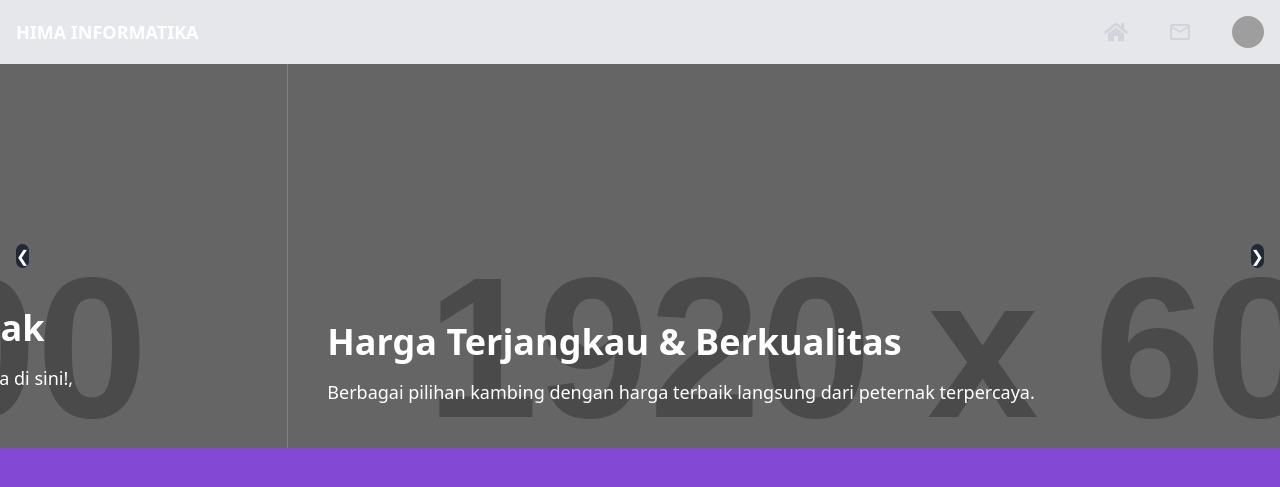
Repository: MUHAMADTEGARWIJAYA/himaif
Page: /
These files come from the project's save history. The page is drawn as it stood at one moment and after the next save; the edit follows.
The browser window is 1280 px wide. The pictures show the whole page.
Pictures or frames that could not be fetched are drawn as grey boxes. The project was rebuilt for these pictures with package versions that can differ from the ones it lists, and the page was loaded fresh each time. Also part of the build but not shown: vite.config.js.

Above is the page before, as saved 2024-12-21 11:13:58.

### src/main.jsx
import React from 'react'
import ReactDOM from "react-dom/client"
import './index.css'
import App from './App.jsx'
import { BrowserRouter } from 'react-router-dom'

ReactDOM.createRoot(document.getElementById('root')).render(
  <React.StrictMode>
    <BrowserRouter>
    <App />
    </BrowserRouter>
  </React.StrictMode>
);

### src/index.css
@tailwind base;
@tailwind components;
@tailwind utilities;

body{
    background-color: #8349d4;
}

### src/App.jsx
import { Routes, Route } from "react-router-dom";
import Slider from "./pages/Content";
import LandingPage from "./layout/LandingPageLay";

export default function App() {
  return (
    <Routes>
      <Route element={<LandingPage />}>
         <Route path="/" element={<Slider   />}/>
      </Route>
    </Routes>
  );
}

### src/pages/Content.jsx
import { useState, useEffect } from "react";

const Slider = () => {
  const slides = [
    {
      id: 1,
      image: "https://via.placeholder.com/1920x600", // Ganti dengan URL gambar
      title: "Mudah & Transparan! Kambing Langsung dari Peternak",
      description:
        "Akses langsung ke peternak, harga transparan, dan kualitas terjamin. Pilih kambing untuk kebutuhan Anda hanya di sini!, jdsudvudvbduvbdvbdiobvbvsudvds",
    },
    {
      id: 2,
      image: "https://via.placeholder.com/1920x600", // Ganti dengan URL gambar
      title: "Harga Terjangkau & Berkualitas",
      description:
        "Berbagai pilihan kambing dengan harga terbaik langsung dari peternak terpercaya.",
    },
    {
      id: 3,
      image: "https://via.placeholder.com/1920x600", // Ganti dengan URL gambar
      title: "Pesan Sekarang, Nikmati Kemudahan",
      description:
        "Proses cepat, aman, dan terintegrasi untuk kebutuhan kambing Anda.",
    },
  ];

  const [currentIndex, setCurrentIndex] = useState(0);

  useEffect(() => {
    const interval = setInterval(() => {
      setCurrentIndex((prevIndex) =>
        prevIndex === slides.length - 1 ? 0 : prevIndex + 1
      );
    }, 5000); // Ganti dengan waktu delay (ms)
    return () => clearInterval(interval);
  }, [slides.length]);

  const prevSlide = () => {
    setCurrentIndex(currentIndex === 0 ? slides.length - 1 : currentIndex - 1);
  };

  const nextSlide = () => {
    setCurrentIndex((currentIndex + 1) % slides.length);
  };

  return (
    <div className="relative w-full h-96 overflow-hidden">
      <div
        className="flex transition-transform duration-1000"
        style={{ transform: `translateX(-${currentIndex * 100}%)` }}
      >
        {slides.map((slide) => (
          <div
            key={slide.id}
            className="w-full h-[600px] flex-shrink-0 relative"
            style={{
              backgroundImage: `url(${slide.image})`,
              backgroundSize: "cover",
              backgroundPosition: "center",
            }}
          >
            <div className="absolute inset-0 bg-black bg-opacity-50 flex flex-col justify-center items-start p-10 text-white">
              <h1 className="text-4xl font-bold mb-4">{slide.title}</h1>
              <p className="text-lg">{slide.description}</p>
            </div>
          </div>
        ))}
      </div>
      <button
        onClick={prevSlide}
        className="absolute top-1/2 left-4 -translate-y-1/2 bg-gray-800 text-white rounded-full"
      >
        &#10094;
      </button>
      <button
        onClick={nextSlide}
        className="absolute top-1/2 right-4 -translate-y-1/2 bg-gray-800 text-white rounded-full"
      >
        &#10095;
      </button>
    </div>
  );
};

export default Slider;

### src/layout/LandingPageLay.jsx
import Navbar from '../pages/Navbar';
import { Outlet } from 'react-router-dom';

const LandigPage = () => {
    return (
        <div className='bg-gray-200'>
            <Navbar />
             <Outlet />
         </div>
    );
};

export default LandigPage;

### src/pages/Navbar.jsx
import  { useState, useEffect } from "react";
import { FaHome } from "react-icons/fa";
import { MdOutlineEmail } from "react-icons/md";

const Navbar = () => {
  const [isVisible, setIsVisible] = useState(true);

  useEffect(() => {
    const handleScroll = () => {
      // Check scroll position
      if (window.scrollY > 50) {
        setIsVisible(false); // Hide when scrolled down
      } else {
        setIsVisible(true); // Show when at top
      }
    };

    window.addEventListener("scroll", handleScroll);

    // Cleanup event listener on unmount
    return () => {
      window.removeEventListener("scroll", handleScroll);
    };
  }, []);

  return (
    <div className="relative">
      <div
        className={`flex items-center p-4 bg-transparent justify-between space-x-5 text-white transition-transform duration-300 ${
          isVisible ? "translate-y-0" : "-translate-y-full"
        }`}
      >
        {/* Bagian Kiri */}
        <div className="flex items-center">
          <span className="text-lg font-bold">HIMA INFORMATIKA</span>
        </div>

        {/* Bagian Kanan */}
        <div className="flex items-center relative space-x-10">
          <button className="text-gray-300 hover:text-white">
            <FaHome className="w-6 h-6" />
          </button>
          <button className="text-gray-300 hover:text-white">
            <MdOutlineEmail className="w-6 h-6" />
          </button>
          {/* Avatar */}
          <div className="flex items-center">
            <img
              src="image.jpg" // Gunakan default jika avatar kosong
              alt="User Avatar"
              className="w-8 h-8 rounded-full"
            />
          </div>
        </div>
      </div>
    </div>
  );
};

export default Navbar;

Loaded but not shown: index.html (common file); tailwind.config.js (common file)

After the next save:
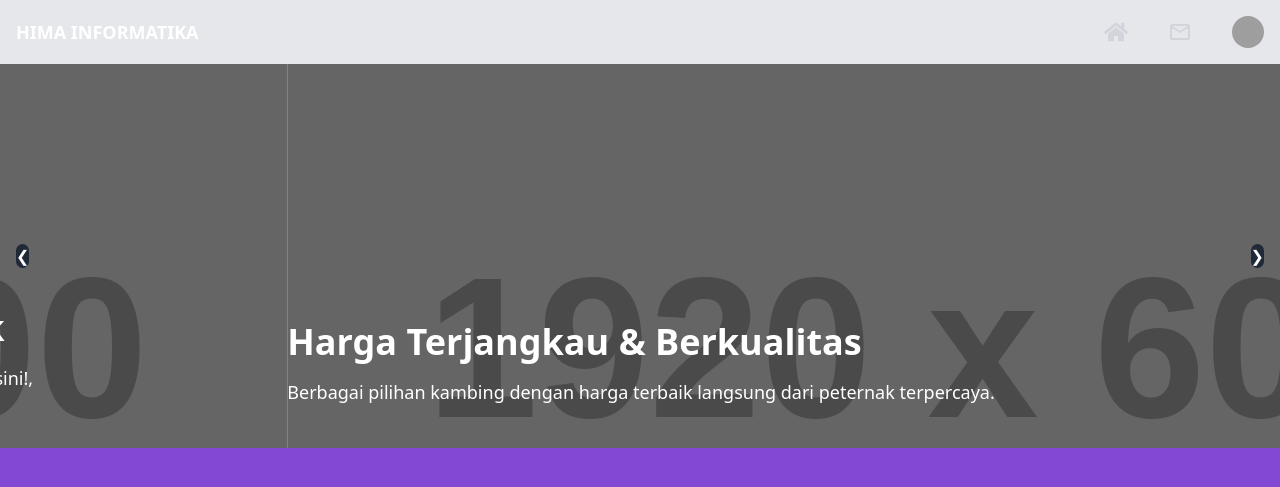
Saved 90 s later.
--- a/src/pages/Content.jsx
+++ b/src/pages/Content.jsx
@@ -60,7 +60,7 @@
               backgroundPosition: "center",
             }}
           >
-            <div className="absolute inset-0 bg-black bg-opacity-50 flex flex-col justify-center items-start p-10 text-white">
+            <div className="absolute inset-0 bg-black bg-opacity-50 flex flex-col justify-center items-start  text-white">
               <h1 className="text-4xl font-bold mb-4">{slide.title}</h1>
               <p className="text-lg">{slide.description}</p>
             </div>

After the save that followed:
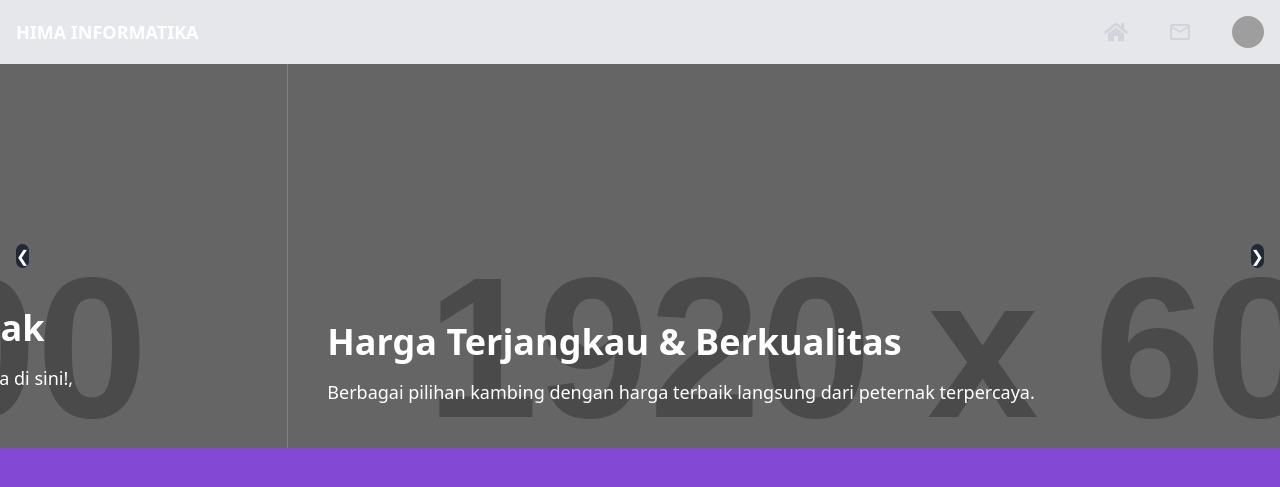
Saved 9 s later.
--- a/src/pages/Content.jsx
+++ b/src/pages/Content.jsx
@@ -60,7 +60,7 @@
               backgroundPosition: "center",
             }}
           >
-            <div className="absolute inset-0 bg-black bg-opacity-50 flex flex-col justify-center items-start  text-white">
+            <div className="absolute inset-0 bg-black bg-opacity-50 flex flex-col justify-center items-start p-10 text-white">
               <h1 className="text-4xl font-bold mb-4">{slide.title}</h1>
               <p className="text-lg">{slide.description}</p>
             </div>
